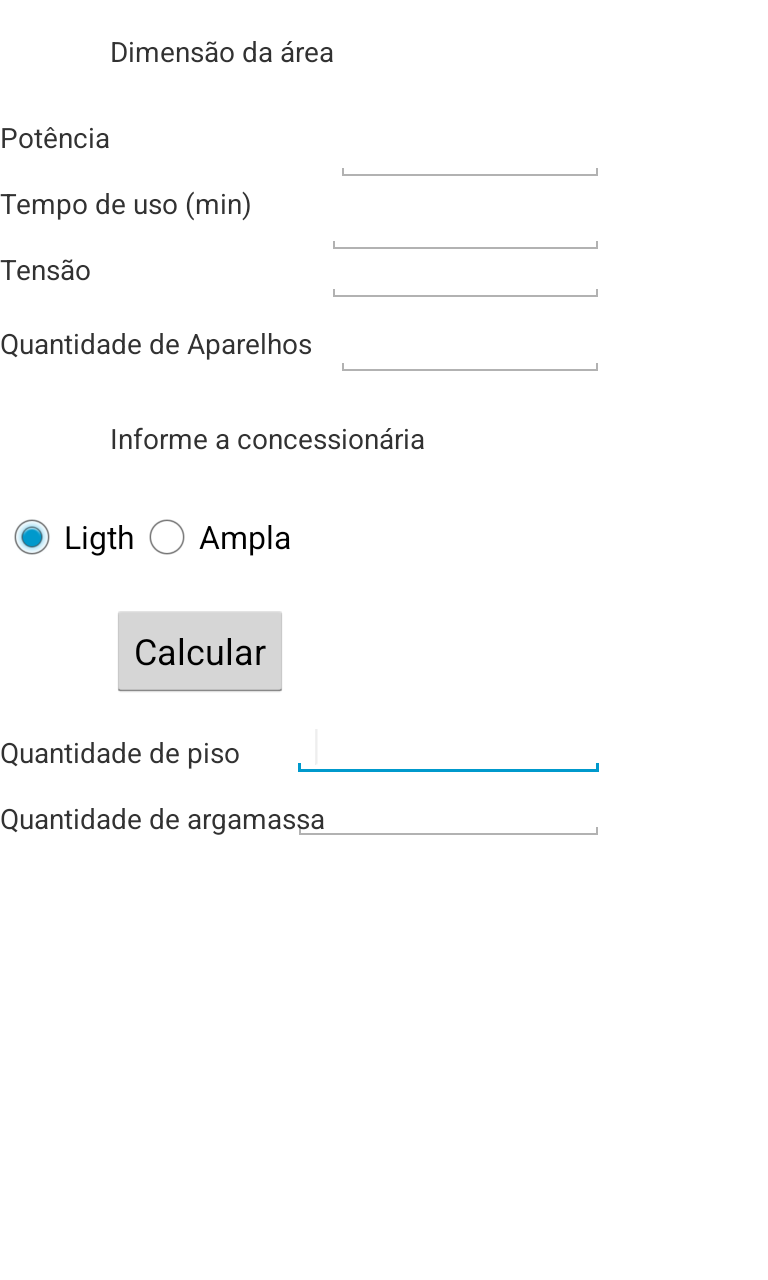
Repository: tsoarescruz/programacao_aplicativos
Layout: Projeto/Projeto_Eclipse/workspace/ConsumoElet/res/layout/activity_consumo_elet.xml
An editor plug-in stored every save of this project. The layout is shown before and after the next save, followed by the edit.
It is drawn on a 768 x 1280 px phone screen (xhdpi) without system bars, with theme AppTheme; the app's code is not run.

Above is the layout before, as saved 2016-11-18 09:46:52.

### Projeto/Projeto_Eclipse/workspace/ConsumoElet/res/layout/activity_consumo_elet.xml
<RelativeLayout xmlns:android="http://schemas.android.com/apk/res/android"
    xmlns:tools="http://schemas.android.com/tools"
    android:layout_width="match_parent"
    android:layout_height="match_parent"
    android:gravity="left"
    tools:context="${relativePackage}.${activityClass}" >

    <TextView
        android:id="@+id/textView1"
        android:layout_width="wrap_content"
        android:layout_height="wrap_content"
        android:layout_alignParentTop="true"
        android:layout_centerHorizontal="true"
        android:layout_marginTop="16dp"
        android:text="Dimensão da área" />

    <TextView
        android:id="@+id/textView3"
        android:layout_width="wrap_content"
        android:layout_height="wrap_content"
        android:layout_alignLeft="@+id/textView2"
        android:layout_below="@+id/textView2"
        android:layout_marginTop="14dp"
        android:text="Tempo de uso (min)" />

    <TextView
        android:id="@+id/textView6"
        android:layout_width="wrap_content"
        android:layout_height="wrap_content"
        android:layout_alignLeft="@+id/textView5"
        android:layout_below="@+id/textView5"
        android:layout_marginTop="18dp"
        android:text="Quantidade de Aparelhos" />

    <RadioGroup
        android:id="@+id/radioGroup1"
        android:layout_width="wrap_content"
        android:layout_height="wrap_content"
        android:layout_alignLeft="@+id/textView6"
        android:layout_below="@+id/textView7"
        android:layout_marginTop="24dp" >

        <RadioButton
            android:id="@+id/radio0"
            android:layout_width="wrap_content"
            android:layout_height="wrap_content"
            android:checked="true"
            android:text="Ligth" />
    </RadioGroup>

    <RadioButton
        android:id="@+id/radio1"
        android:layout_width="wrap_content"
        android:layout_height="wrap_content"
        android:layout_alignTop="@+id/radioGroup1"
        android:layout_toRightOf="@+id/radioGroup1"
        android:text="Ampla" />

    <Button
        android:id="@+id/button1"
        android:layout_width="wrap_content"
        android:layout_height="wrap_content"
        android:layout_below="@+id/radioGroup1"
        android:layout_marginTop="17dp"
        android:layout_toRightOf="@+id/textView2"
        android:text="Calcular" />

    <TextView
        android:id="@+id/textView8"
        android:layout_width="wrap_content"
        android:layout_height="wrap_content"
        android:layout_alignLeft="@+id/radioGroup1"
        android:layout_below="@+id/button1"
        android:layout_marginTop="17dp"
        android:text="Quantidade de piso" />

    <TextView
        android:id="@+id/textView9"
        android:layout_width="wrap_content"
        android:layout_height="wrap_content"
        android:layout_alignLeft="@+id/textView8"
        android:layout_below="@+id/textView8"
        android:layout_marginTop="14dp"
        android:text="Quantidade de argamassa" />

    <TextView
        android:id="@+id/textView2"
        android:layout_width="wrap_content"
        android:layout_height="wrap_content"
        android:layout_below="@+id/textView1"
        android:layout_marginTop="24dp"
        android:layout_toLeftOf="@+id/textView1"
        android:text="Potência" />

    <TextView
        android:id="@+id/textView5"
        android:layout_width="wrap_content"
        android:layout_height="wrap_content"
        android:layout_alignLeft="@+id/textView3"
        android:layout_below="@+id/textView3"
        android:layout_marginTop="14dp"
        android:text="Tensão" />

    <EditText
        android:id="@+id/edtquantpiso"
        style="?android:attr/progressBarStyleHorizontal"
        android:layout_width="wrap_content"
        android:layout_height="wrap_content"
        android:layout_alignBaseline="@+id/textView8"
        android:layout_alignBottom="@+id/textView8"
        android:layout_alignLeft="@+id/edtquantarg"
        android:ems="10" >

        <requestFocus />
    </EditText>

    <EditText
        android:id="@+id/edtquantarg"
        style="?android:attr/progressBarStyleHorizontal"
        android:layout_width="wrap_content"
        android:layout_height="wrap_content"
        android:layout_below="@+id/edtquantpiso"
        android:layout_toRightOf="@+id/radio1"
        android:ems="10" />

    <EditText
        android:id="@+id/edtcomprimentop"
        style="?android:attr/progressBarStyleHorizontal"
        android:layout_width="wrap_content"
        android:layout_height="wrap_content"
        android:layout_alignBaseline="@+id/textView5"
        android:layout_alignBottom="@+id/textView5"
        android:layout_toRightOf="@+id/textView9"
        android:ems="10"
        android:inputType="number" />

    <EditText
        android:id="@+id/edtlargurap"
        style="?android:attr/progressBarStyleHorizontal"
        android:layout_width="wrap_content"
        android:layout_height="wrap_content"
        android:layout_alignBaseline="@+id/textView6"
        android:layout_alignBottom="@+id/textView6"
        android:layout_toRightOf="@+id/textView1"
        android:ems="10"
        android:inputType="number" />

    <TextView
        android:id="@+id/textView7"
        android:layout_width="wrap_content"
        android:layout_height="wrap_content"
        android:layout_below="@+id/edtlargurap"
        android:layout_marginTop="20dp"
        android:layout_toRightOf="@+id/textView2"
        android:text="Informe a concessionária" />

    <EditText
        android:id="@+id/edtlargura"
        style="?android:attr/progressBarStyleHorizontal"
        android:layout_width="wrap_content"
        android:layout_height="wrap_content"
        android:layout_alignTop="@+id/textView3"
        android:layout_toRightOf="@+id/textView9"
        android:ems="10"
        android:inputType="number" />

    <EditText
        android:id="@+id/edtcomprimento"
        style="?android:attr/progressBarStyleHorizontal"
        android:layout_width="wrap_content"
        android:layout_height="wrap_content"
        android:layout_above="@+id/edtlargura"
        android:layout_alignRight="@+id/edtlargura"
        android:layout_toRightOf="@+id/textView1"
        android:ems="10"
        android:inputType="number" />

</RelativeLayout>

Loaded but not shown: Projeto/Projeto_Eclipse/workspace/ConsumoElet/res/values/styles.xml (common file); Projeto/Projeto_Eclipse/workspace/ConsumoElet/res/values-v11/styles.xml (common file); Projeto/Projeto_Eclipse/workspace/ConsumoElet/res/values-v14/styles.xml (common file)

After the next save:
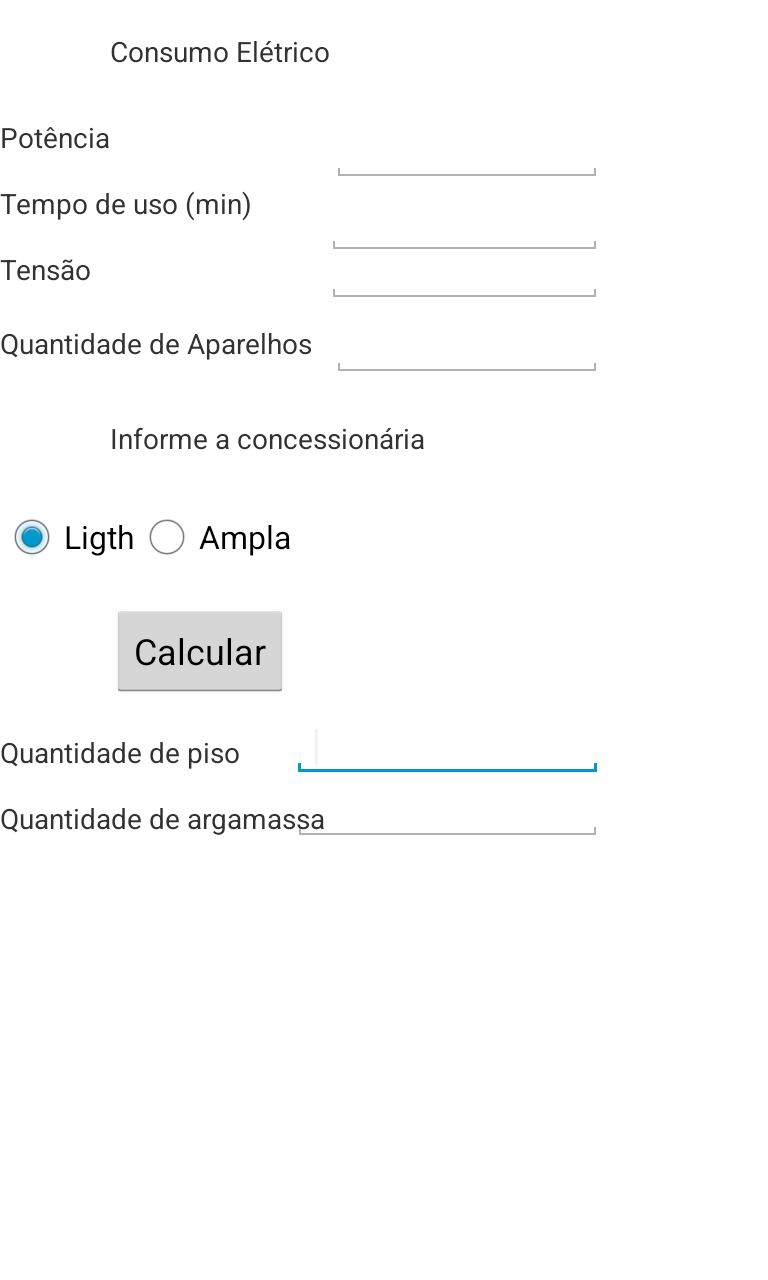
Saved 25 s later.
--- a/Projeto/Projeto_Eclipse/workspace/ConsumoElet/res/layout/activity_consumo_elet.xml
+++ b/Projeto/Projeto_Eclipse/workspace/ConsumoElet/res/layout/activity_consumo_elet.xml
@@ -12,7 +12,7 @@
         android:layout_alignParentTop="true"
         android:layout_centerHorizontal="true"
         android:layout_marginTop="16dp"
-        android:text="Dimensão da área" />
+        android:text="Consumo Elétrico" />
 
     <TextView
         android:id="@+id/textView3"
